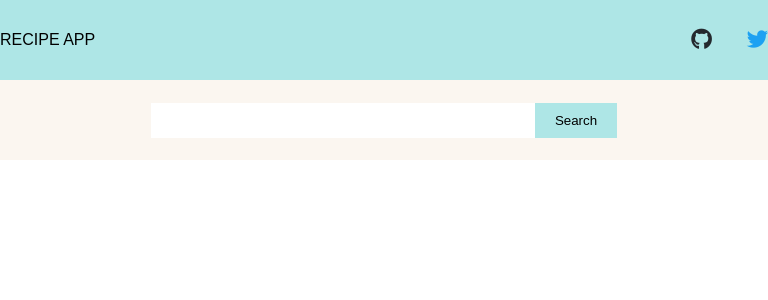
Repository: nilesjamex/recipe-app
Page: /
These files come from the project's save history. The page is drawn as it stood at one moment and after the next save; the edit follows.
The browser window is 768 px wide. The pictures show the whole page.
The page's requests for data from a server got no answer. The project was rebuilt for these pictures with package versions that can differ from the ones it lists, and the page was loaded fresh each time. No one was signed in, and anything a server would have sent is missing. Also part of the build but not shown: src/components/Recipe.js.

Above is the page before, as saved 2020-11-30 12:32:10.

### public/index.html
<!DOCTYPE html>
<html lang="en">
  <head>
    <meta charset="utf-8" />
    <link rel="icon" href="%PUBLIC_URL%/favicon.ico" />
    <link rel="stylesheet" href="https://use.fontawesome.com/releases/v5.15.1/css/all.css" integrity="sha384-vp86vTRFVJgpjF9jiIGPEEqYqlDwgyBgEF109VFjmqGmIY/Y4HV4d3Gp2irVfcrp" crossorigin="anonymous">
    <meta name="viewport" content="width=device-width, initial-scale=1" />
    <meta name="theme-color" content="#000000" />
    <meta
      name="description"
      content="A Recipe App for searching food recipe contents"
    />
    <link rel="apple-touch-icon" href="%PUBLIC_URL%/logo192.png" />
    <!--
      manifest.json provides metadata used when your web app is installed on a
      user's mobile device or desktop. See https://developers.google.com/web/fundamentals/web-app-manifest/
    -->
    <link rel="manifest" href="%PUBLIC_URL%/manifest.json" />
    <!--
      Notice the use of %PUBLIC_URL% in the tags above.
      It will be replaced with the URL of the `public` folder during the build.
      Only files inside the `public` folder can be referenced from the HTML.

      Unlike "/favicon.ico" or "favicon.ico", "%PUBLIC_URL%/favicon.ico" will
      work correctly both with client-side routing and a non-root public URL.
      Learn how to configure a non-root public URL by running `npm run build`.
    -->
    <title>Recipe App</title>
  </head>
  <body>
    <noscript>You need to enable JavaScript to run this app.</noscript>
    <div id="root"></div>
    <!--
      This HTML file is a template.
      If you open it directly in the browser, you will see an empty page.

      You can add webfonts, meta tags, or analytics to this file.
      The build step will place the bundled scripts into the <body> tag.

      To begin the development, run `npm start` or `yarn start`.
      To create a production bundle, use `npm run build` or `yarn build`.
    -->
  </body>
</html>

### src/App.js
import React, {useEffect, useState} from 'react';
import Recipe from './components/Recipe'
import Nav from './components/Nav'
import './App.css';

const App = () => {

  // const APP_ID = '1ba037a8';
  // const APP_KEY = '6b127dd3105d2cbc085e9845219991e3';

  const [ recipes, setRecipes] = useState([]);
  const [ search, setSearch ] = useState('');
  const [ query, setQuery ] = useState('chicken')


  useEffect( () => {
    getRecipes();
  }, [query]);


  const cors = "https://cors-anywhere.herokuapp.com/"

  const getRecipes = async () => {
    const response = await fetch(`${cors}https://api.edamam.com/search?q=${query}&app_id=${process.env.REACT_APP_APP_ID}&app_key=${process.env.REACT_APP_APP_KEY}`);
    const data = await response.json();
    setRecipes(data.hits);
  };

  const updateSearch = e => {
    setSearch(e.target.value);
  };

  const getSearch = e => {
    e.preventDefault();
    setQuery(search);
    setSearch('');
  }



return(
  <div className='App'>
    <Nav />
  <form onSubmit={getSearch} className="search-form">
    <input className="search-bar" type="text" value={search} onChange={updateSearch}/>
    <button className="search-button" type="submit">Search</button>
  </form>
  <div className="recipes">
  {recipes.map(recipe => (
   <Recipe
   key={recipe.recipe.label}
   title={recipe.recipe.label}
    calories={recipe.recipe.calories}
   image={recipe.recipe.image}
   ingredients={recipe.recipe.ingredients}
   />
  ))}
  </div>
  </div>
);
}

export default App;

### src/components/Nav.js
import React from 'react';

const Nav = () => {
return (
<nav className="nav">
      <div className="nav-text">
          RECIPE APP
      </div>
      <ul className="ul">
          <li className="li">
            <a className="a" href="https://github.com/nilesjamex/githubprofilefinder"><i className="fab fa-lg fa-github" style={{color: "#24292E"}}></i> </a>
          </li>
          <li className="li">
              <a className="a" href="https://twitter.com/niles_jamex"><i className="fab fa-lg fa-twitter" style={{color: "#1DA1F2"}}></i></a>
          </li>
      </ul>

  </nav>

)

}

export default Nav;

### src/App.css
*{
  margin: 0;
  padding: 0;
  box-sizing: border-box;
}
.App {
  text-align: center;
  min-height: 10vh;
  background-color: #fbf6f0;
}

.search-form{
  min-height: 10vh;
  display: flex;
  justify-content: center;
  align-items: center;
  background-color: #fbf6f0;
}

.search-bar{
  width: 50%;
  border: none;
  padding: 10px;
}

.search-button{
  background: #aee6e6;
  border: none;
  padding: 10px 20px;
  color: black;
}

.recipes{
  display: flex;
  justify-content: space-around;
  flex-wrap: wrap;
}

.recipe{
  border-radius: 10px;
  box-shadow: 0px 5px 20px #fbf6f0;
  margin-top: 1 0px;
  display: flex;
  flex-direction: column;
  justify-content: space-around;
  background: #fbf6f0;
  align-items: center;
  width: 80%;
}

/* NAV */

.nav{
  min-height: 10vh;
  background-color: #aee6e6;
  display: flex;
  justify-content: space-between;
  align-items: center;
}
.a{
  text-decoration: none;
  color: white;
}
.ul{
  display: flex;
  justify-content: space-between;
  width: 10%;
}
.li{
  list-style: none;
}
.nav-text{
  font-family: 'Anton', sans-serif;
  pointer-events: none;
  font-size: 2rem;
}

@media screen and (max-width: 999px){
  .nav-text{
    font-size: 1rem;
  }
  ul{
    width: 25%;
  }
}

Loaded but not shown: src/index.js (common file); src/index.css (common file); src/reportWebVitals.js (common file)

After the next save:
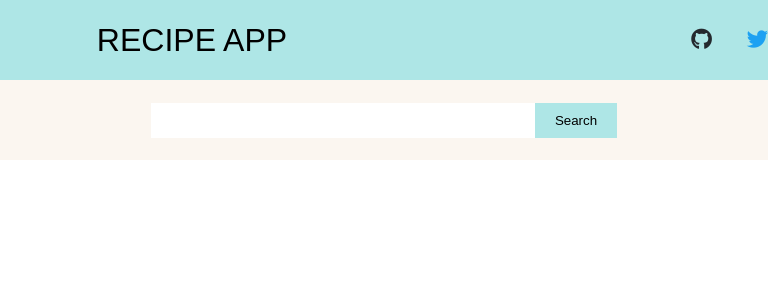
Saved 30 s later.
--- a/src/App.css
+++ b/src/App.css
@@ -77,7 +77,8 @@
 
 @media screen and (max-width: 999px){
   .nav-text{
-    font-size: 1rem;
+    font-size: 2rem;
+    width: 50%;
   }
   ul{
     width: 25%;
